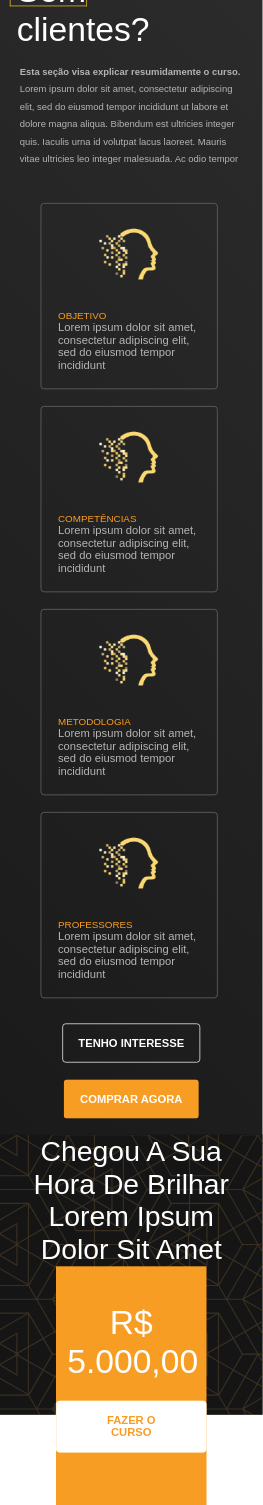
Repository: Rafael-Araujo-dev/Treinamento-Raccoon
Page: Projeto-2/index.html
An editor plug-in stored every save of this project. The page is shown before and after a run of saves, followed by the edit.
The browser window is 375 px wide. The pictures show the part of the page from y = 900 to 3140 px (the page is 3050 px tall before and 3140 px after), at 70% of full size.
Some web fonts or font styles are not loaded; a fallback is used.

Above is the page before, as saved 2021-09-23 11:40:44.

After the next 4 saves:
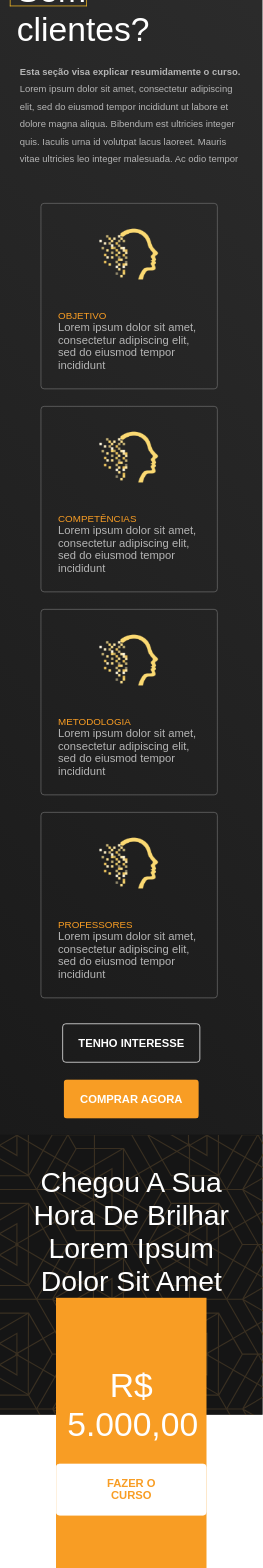
The 4 saves are shown as one change because they came seconds apart.
The last was saved 17 s later.
--- a/Projeto-2/css/style.css
+++ b/Projeto-2/css/style.css
@@ -376,6 +376,7 @@
 @media(max-width: 536px) {
     .take-course .container .text {
         width: 85%;
+        margin-top: 45px;
     }
 }
 
